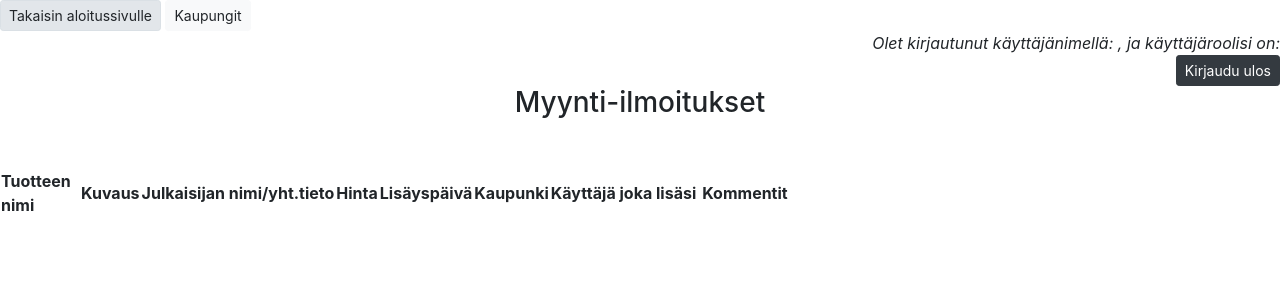
Repository: LiljestromNadja/Backend_s2023_harjoitustyo
Page: http://localhost/articlelist
The author's editor kept a copy of each file at every save. The page is drawn from the files as they stood at one save, then again after the next save.
The browser window is 1280 px wide. The pictures show the whole page.
The page is this project's Thymeleaf template; nobody is signed in. The template is opened directly, without the code that normally fills it, so the values that code supplies are empty.

Above is the page before, as saved 2023-11-10 15:23:49.

### harkkas23v01/src/main/resources/templates/articlelist.html
<!DOCTYPE html>
<html xmlns:th="http://www.thymeleaf.org">
<head>
	<title>Articlelist</title>
	<meta http-equiv="Content-Type" content="text/html" charset="UTF-8"/>
	<!-- Bootstrap-linkki vaihdettu tähän 04-10-2023 -->
	<link rel="stylesheet" href="https://cdn.jsdelivr.net/npm/bootstrap@4.0.0/dist/css/bootstrap.min.css" integrity="sha384-Gn5384xqQ1aoWXA+058RXPxPg6fy4IWvTNh0E263XmFcJlSAwiGgFAW/dAiS6JXm" crossorigin="anonymous"> <!-- Lisättiin tyyli, bootstrap 4.0 -->
	<!-- Lisättiin tyyli, bootstrap 4.0 -->
</head>
<body>
	<div>
		<a href="/index"><button class="text-left btn btn-light btn-sm">Takaisin aloitussivulle</button></a>
		<a href="/cities"><button class="text-left btn btn-light btn-sm">Kaupungit</button></a>
	</div>

	<div class="text-right">
		<i>Olet kirjautunut käyttäjänimellä: <b sec:authentication="name"></b>,
			ja käyttäjäroolisi on: <b sec:authentication="principal.authorities"></b></i>

		<br>
		<form class="text-right" th:action="@{/logout}" method="post">
			<input type="submit" value="Kirjaudu ulos" class="btn btn-sm btn-dark" />
		</form>

	</div>
	<h3 style="text-align: center">Myynti-ilmoitukset</h3>

	<div style="clear: both; display: block; height: 40px;"></div>

	<table>
	<tr>
		<th style="width: 80px">Tuotteen nimi</th>
<!--  	<th>Tuotteen id </th> -->
		<th>Kuvaus</th>
		<th>Julkaisijan nimi/yht.tieto</th>
		<th>Hinta</th>
		<th>Lisäyspäivä</th>
		<th>Kaupunki</th>
		<th>Käyttäjä joka lisäsi</th>
<!-- 	<th>Käyttäjän id</th> -->
		<th></th>
		<th></th>
		<th>Kommentit</th>
	</tr>

	<tr th:each = "article : ${articles}">   		<!-- MUISTA DOLLARIT, muuten voi mennä tovi jos toinenkin ihmettelyyn-->
			<td th:text="${article.title}"></td>
			<!--<td th:text="${article.id}"></td> -->
			<td th:text="${article.description}"></td>
			<td th:text="${article.publisher}"></td>
			<td th:text="${article.price}"></td>
			<td th:text="${article.dateadded}"></td>
			<td th:text="${article?.city?.name}"></td>	<!-- kysymysmerkki == jos kategoriaa ei ole -->
			<td th:text="${article?.applicationuser?.username}"></td>
			<!--<td th:text="${article?.applicationuser?.id}"></td>	 -->
			<!-- <td>Ilmoituksen poistonappi	</td> -->
			<!-- <td>Ilmoituksen muokkausnappi</td>  -->
			<!-- <td>Linkki kommenttilistaukseen </td>-->
			<!-- <td>Kirjoita kommentti -linkki </td>-->


<!-- USER voi muokata/poistaa vain omia myynti-ilmoituksiaan, ADMIN kaikkia: -->
<!-- Tässä ehtolause joka määrittelee nappien näkymisen niin, että ne näkyvät USER-roolissa vain omien julkaisujen kohdalla,
ADMIN pystyy muokkaamaan/poistamaan kaikkia julkaisuja -->
<!-- 24102023 -->
			<td th:if="${article.applicationuser.username == applicationuser.username}" sec:authorize="hasAuthority('USER')"><a th:href="@{/editArticle/{id}(id=${article.id})}" class="btn btn-dark btn-sm">Muokkaa</a></td>
			<td th:if="${article.applicationuser.username == applicationuser.username}" sec:authorize="hasAuthority('USER')"><a th:href="@{/delete/{id}(id=${article.id})}" class="btn btn-xs btn-danger btn-sm">Poista</a></td>

<!-- Jos USERILLA ei muokkausoikeutta kyseiseen kirjaan -->
<!-- 26102023 -->
			<td th:unless="${article.applicationuser.username == applicationuser.username}" sec:authorize="hasAuthority('USER')">   </td>
			<td th:unless="${article.applicationuser.username == applicationuser.username}" sec:authorize="hasAuthority('USER')">   </td>

<!-- ADMIN voi muokata/poistaa kaikkia -->
			<td sec:authorize="hasAuthority('ADMIN')"><a th:href="@{/editArticle/{id}(id=${article.id})}" class="btn btn-xs btn-dark btn-sm">Muokkaa</a></td>
			<td sec:authorize="hasAuthority('ADMIN')"><a th:href="@{/delete/{id}(id=${article.id})}" class="btn btn-xs btn-danger btn-sm">Poista</a></td>

<!-- Tuotteen myynti-ilmoituksen kommenttilistaukseen pääsee roolissa ADMIN tai USER -->
	  		<td sec:authorize="hasAuthority('ADMIN') or hasAuthority('USER')"><a th:href="@{'/article/' + ${article.id} + '/comments'}" class="btn btn-light btn-sm">Comments</a></td>
		<!--	<td sec:authorize="hasAuthority('ADMIN') or hasAuthority('USER')"><a th:href="@{/listComments}" class="btn btn-xs btn-success btn-sm">Comments</a></td> -->

<!-- Tuotteen myynti-ilmoituksen kommentointisivulle voi siirtyä roolissa ADMIN tai USER -->
			<td><a sec:authorize="hasAuthority('ADMIN') or hasAuthority('USER')" th:href="@{/addComment/{id}(id=${article.id})}" > <button class="btn btn-light btn-sm">Add new Comment</button></a></td>

		</tr>
	</table>
	<div style="clear: both; display: block; height: 40px;"></div>

	<a sec:authorize="hasAuthority('ADMIN')" href="/add"><button class="btn btn-dark btn-sm">Lisää uusi myytävä tuote</button></a>
	<a sec:authorize="hasAuthority('USER')" href="/add"><button class="btn btn-dark btn-sm">Lisää uusi myytävä tuote</button></a>


	</body>
</html>

After the next save:
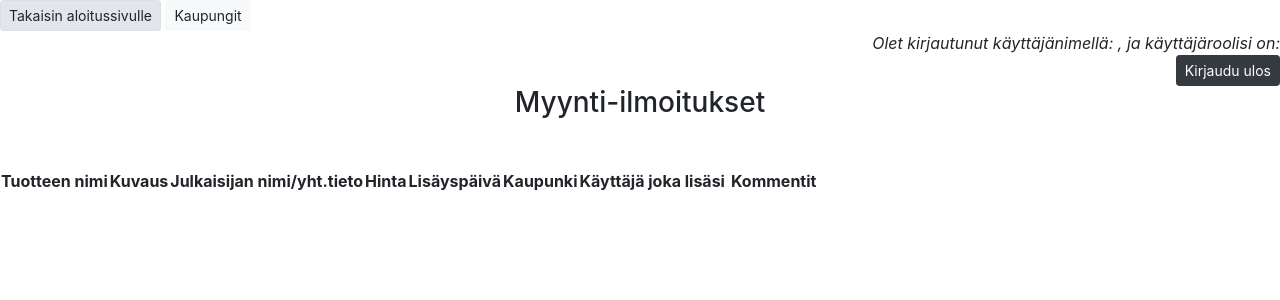
Saved 30 s later.
--- a/harkkas23v01/src/main/resources/templates/articlelist.html
+++ b/harkkas23v01/src/main/resources/templates/articlelist.html
@@ -29,7 +29,7 @@
 
 	<table>
 	<tr>
-		<th style="width: 80px">Tuotteen nimi</th>
+		<th>Tuotteen nimi</th>
 <!--  	<th>Tuotteen id </th> -->
 		<th>Kuvaus</th>
 		<th>Julkaisijan nimi/yht.tieto</th>
